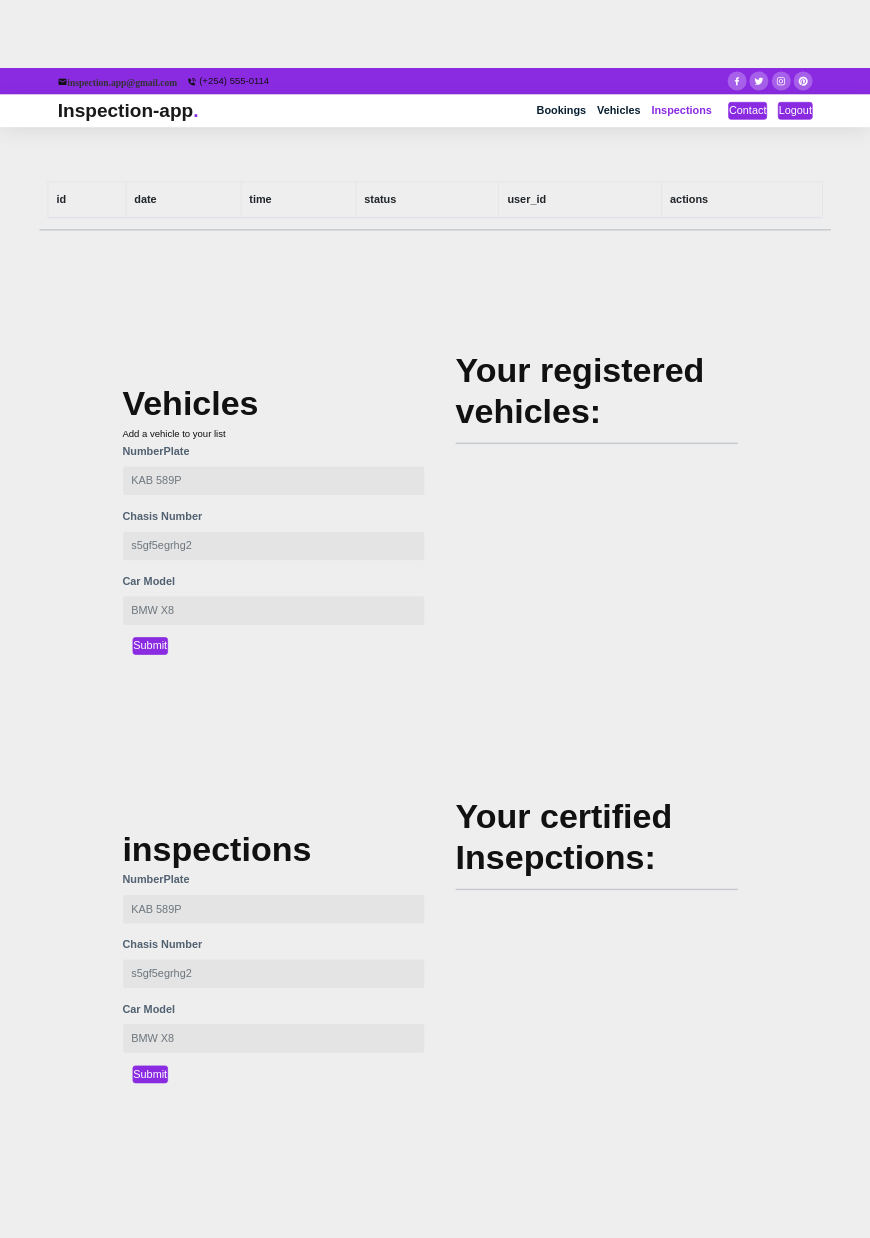
Repository: Jaynie8085/INSPECTION-APP
Page: client/admnDashboard.html
An editor plug-in stored every save of this project. The page is shown before and after the next save, followed by the edit.
The browser window is 1280 px wide. The pictures show the whole page, at 68% of full size.
The page's requests for data from a server got no answer.

Above is the page before, as saved 2022-10-17 05:55:13.
Console error: ReferenceError: fetchBookings is not defined

After the next save:
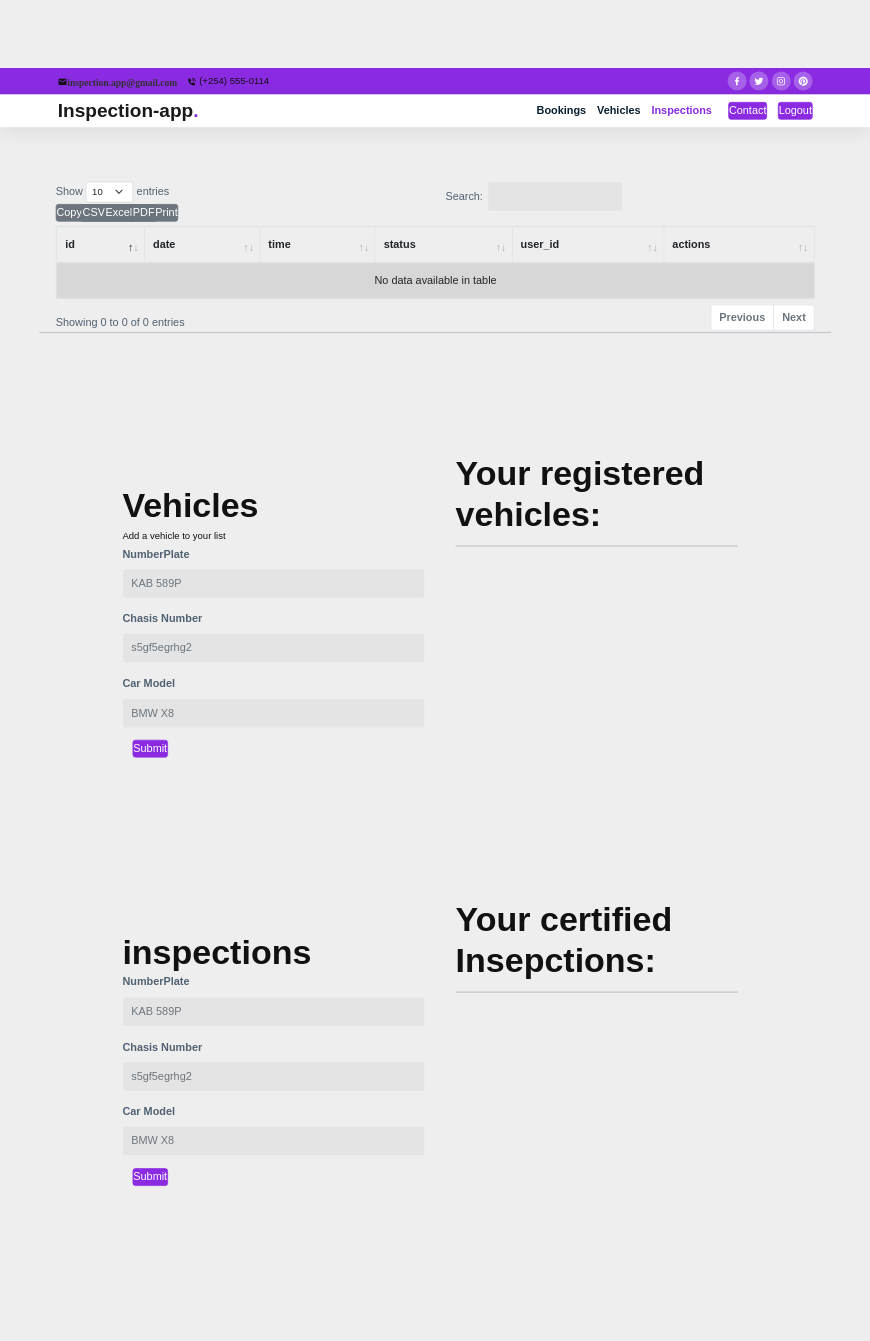
Saved 11 s later.
--- a/client/admnDashboard.html
+++ b/client/admnDashboard.html
@@ -306,8 +306,12 @@
             </div>
         </div>
 
-        <script src="js/jquery.min.js"></script>
-        <script src="js/bootstrap.bundle.min.js"></script>
+    <script src="assets/js/bootstrap.bundle.min.js"></script>
+    <script src="assets/js/jquery-3.6.0.min.js"></script>
+    <script src="assets/js/datatables.min.js"></script>
+    <script src="assets/js/pdfmake.min.js"></script>
+    <script src="assets/js/vfs_fonts.js"></script>
+    <script src="assets/js/custom.js"></script>
         <script src="js/owl.carousel.min.js"></script>
 
 
